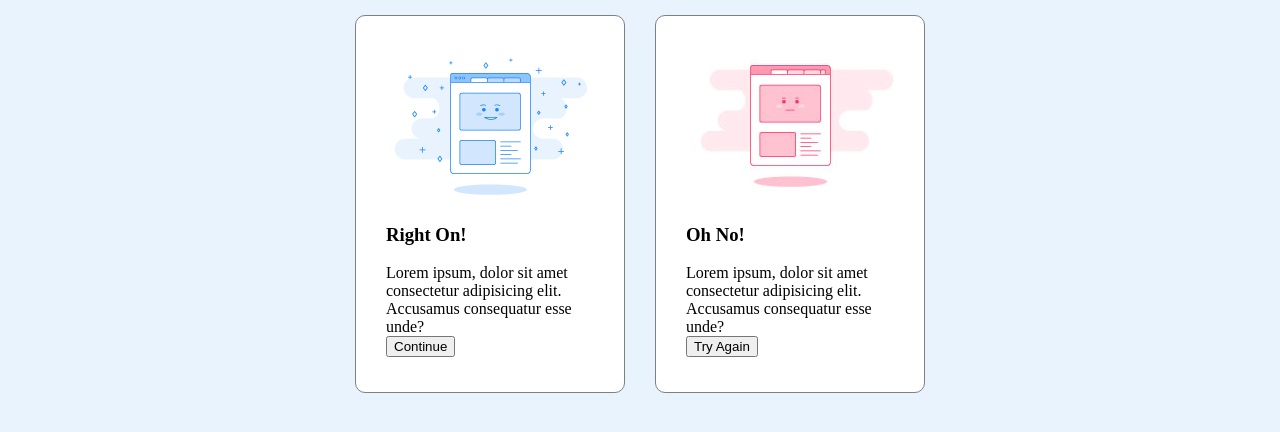
Repository: giahuy405/flash_message_BEM
Page: index.html
An editor plug-in stored every save of this project. The page is shown before and after the next save, followed by the edit.
The browser window is 1280 px wide. The pictures show the whole page.

Above is the page before, as saved 2022-09-06 02:30:33.

After the next save:
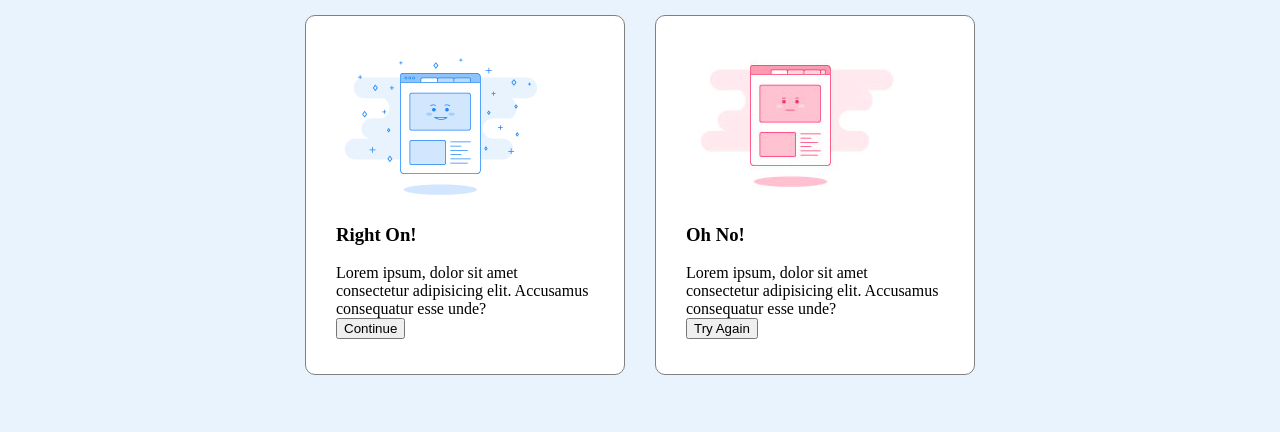
Saved 19 s later.
--- a/css/index.css
+++ b/css/index.css
@@ -10,7 +10,7 @@ body{
     clear: both;
 }
 .container{
-    width: 600px;
+    width: 700px;
     height: auto;
     margin: 0 auto;
 }
